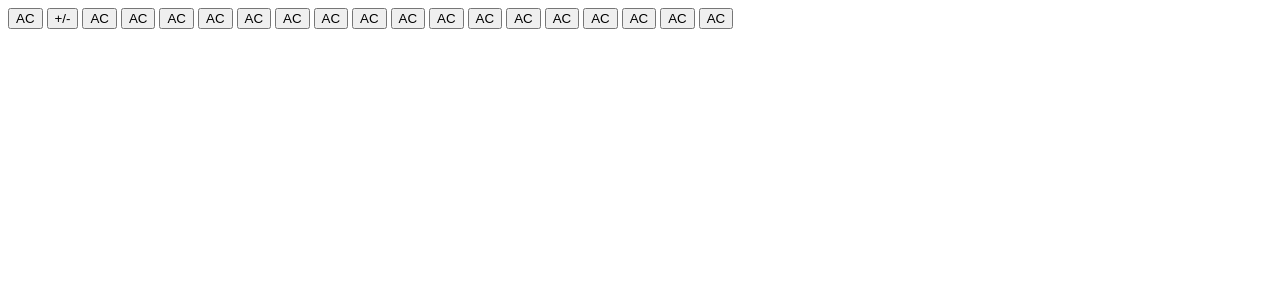
Repository: dmpelaez/calculator
Page: Calculator.html
An editor plug-in stored every save of this project. The page is shown before and after the next save, followed by the edit.
The browser window is 1280 px wide. The pictures show the whole page.

Above is the page before, as saved 2025-12-15 19:43:05.

### Calculator.html
<!DOCTYPE html>

  <html>
    <head>

      <title>Calculator</title>

      <!--CSS-->
      <link rel="stylesheet" href="Calculator.css">

    </head>
    <body>
      <!--Container-->
      <main class="container">

        <!--Sections-->
        <section class="Section">

          <!--Input section-->
          <div class="inputSection"></div>

          <!--Btns section-->
          <div class="btnSection">
            <button class="btn">AC</button>
            <button class="btn">+/-</button>
            <button class="btn">AC</button>
            <button class="btn">AC</button>
            <button class="btn">AC</button>
            <button class="btn">AC</button>
            <button class="btn">AC</button>
            <button class="btn">AC</button>
            <button class="btn">AC</button>
            <button class="btn">AC</button>
            <button class="btn">AC</button>
            <button class="btn">AC</button>
            <button class="btn">AC</button>
            <button class="btn">AC</button>
            <button class="btn">AC</button>
            <button class="btn">AC</button>
            <button class="btn">AC</button>
            <button class="btn">AC</button>
            <button class="btn">AC</button>
          </div>
        </section>


      </main>

      <script src="Calculator.js"></script>
    </body>

  </html>

Loaded but not shown: Calculator.css (no stored copy; drawn as an empty file); Calculator.js (no stored copy; drawn as an empty file)

After the next save:
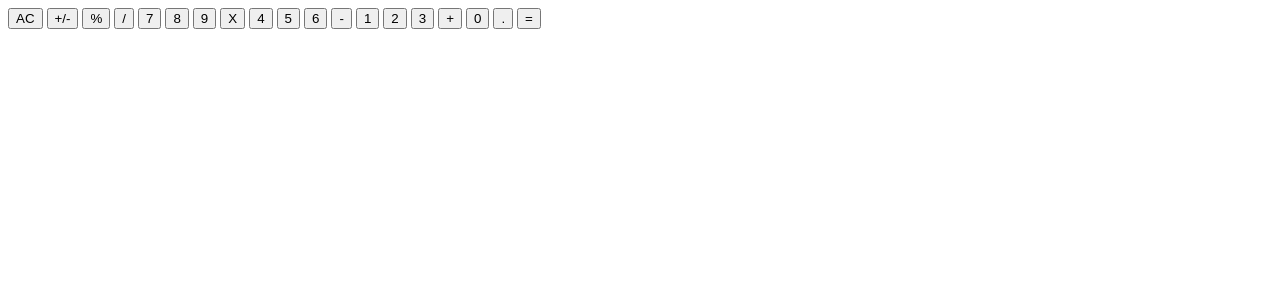
Saved 103 s later.
--- a/Calculator.html
+++ b/Calculator.html
@@ -23,23 +23,23 @@
           <div class="btnSection">
             <button class="btn">AC</button>
             <button class="btn">+/-</button>
-            <button class="btn">AC</button>
-            <button class="btn">AC</button>
-            <button class="btn">AC</button>
-            <button class="btn">AC</button>
-            <button class="btn">AC</button>
-            <button class="btn">AC</button>
-            <button class="btn">AC</button>
-            <button class="btn">AC</button>
-            <button class="btn">AC</button>
-            <button class="btn">AC</button>
-            <button class="btn">AC</button>
-            <button class="btn">AC</button>
-            <button class="btn">AC</button>
-            <button class="btn">AC</button>
-            <button class="btn">AC</button>
-            <button class="btn">AC</button>
-            <button class="btn">AC</button>
+            <button class="btn">%</button>
+            <button class="btn">/</button>
+            <button class="btn">7</button>
+            <button class="btn">8</button>
+            <button class="btn">9</button>
+            <button class="btn">X</button>
+            <button class="btn">4</button>
+            <button class="btn">5</button>
+            <button class="btn">6</button>
+            <button class="btn">-</button>
+            <button class="btn">1</button>
+            <button class="btn">2</button>
+            <button class="btn">3</button>
+            <button class="btn">+</button>
+            <button class="btn">0</button>
+            <button class="btn">.</button>
+            <button class="btn">=</button>
           </div>
         </section>
 
